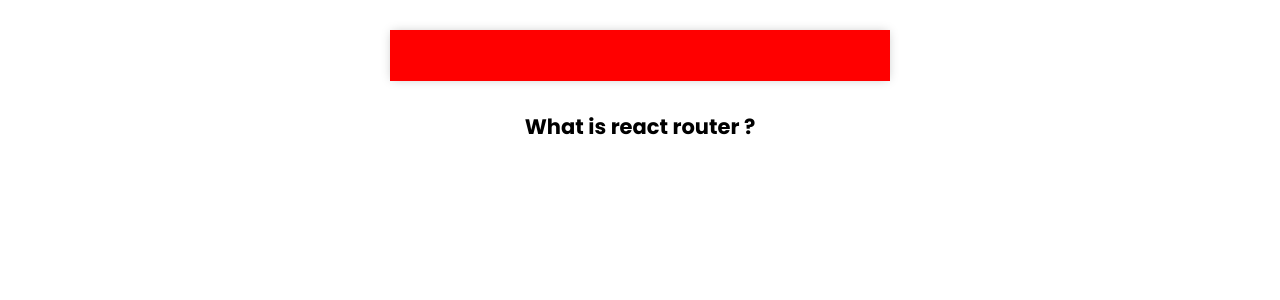
Repository: nguy3nds/2021-18-9-react
Page: /How
An editor plug-in stored every save of this project. The page is shown before and after the next save, followed by the edit.
The browser window is 1280 px wide. The pictures show the whole page.
The project was rebuilt for these pictures with package versions that can differ from the ones it lists, and the page was loaded fresh each time. Also part of the build but not shown: src/components/How.js, src/components/Why.js.

Above is the page before, as saved 2021-09-18 23:44:21.

### src/App.js
import React from "react";
import { BrowserRouter as Router, Switch, Route, Link } from "react-router-dom";
import "./App.css";
import What from "./components/What.js";
import How from "./components/How";
import Why from "./components/Why";

export default function App() {
  return (
    <Router>
      <div>
        <nav>
          <ul className="menu">
            <li class="menu-item has-child">
              <Link to="/">What?</Link>
            </li>
            <li className="menu-item has-child">
              <Link to="/about">Why?</Link>
            </li>
            <li className="menu-item has-child">
              <Link to="/users">How?</Link>
            </li>
          </ul>
        </nav>

        {/* A <Switch> looks through its children <Route>s and
            renders the first one that matches the current URL. */}
        <Switch>
          <Route path="/about">
            <How />
          </Route>
          <Route path="/users">
            <Why />
          </Route>
          <Route path="/">
            <What />
          </Route>
        </Switch>
      </div>
    </Router>
  );
}

### src/App.css
@import url("https://fonts.googleapis.com/css2?family=Poppins:wght@300;400;600;700&display=swap");
:root {
  --primary: #08aeea;
  --secondary: #13d2b8;
  --purple: #bd93f9;
  --pink: #ff6bcb;
  --blue: #8be9fd;
  --gray: #333;
  --font: "Poppins", sans-serif;
  --gradient: linear-gradient(40deg, #ff6ec4, #7873f5);
  --shadow: 0 0 15px 0 rgba(0, 0, 0, 0.05);
}
*,
*:before,
*:after {
  box-sizing: border-box;
}
html {
  font-size: 62.5%;
  text-align: center;
}

body {
  font-family: var(--font);
  font-size: 1.4rem;
  overflow-x: hidden;
  font-weight: 300;
}

img {
  display: block;
  max-width: 100%;
}

a {
  text-decoration: none;
}

input,
button,
textarea,
select {
  font-family: var(--font);
  font-size: 1.4rem;
  font-weight: 300;
  outline: none;
  border: 0;
  margin: 0;
  padding: 0;
  border-radius: 0;
  -webkit-appearance: none;
}

button {
  cursor: pointer;
}

.menu {
  position: relative;
  max-width: 500px;
  margin: 30px auto;
  display: grid;
  grid-template-columns: 1fr 1fr 1fr;
  justify-content: center;
  background-color: white;
  padding: 1.5rem;
  box-shadow: 0 0 10px -2px rgba(0, 0, 0, 0.25);
}
.menu:after {
  content: "";
  position: absolute;
  top: 0;
  right: 0;
  bottom: 0;
  left: 0;
  background-color: red;
}
.menu-link {
  font-size: 1.4rem;
  color: #918eae;
  display: block;
}
.menu-link:hover {
  color: #202842;
}
.menu-item {
  position: relative;
  margin: 0 5rem;
}

.menu-item::after {
  background-color: #333;
  height: 45px;
  width: 2px;
}

.menu-child-link {
  display: flex;
  align-items: center;
  justify-content: space-between;
  padding: 1.5rem;
  color: #918eae;
}
.menu-child-item {
  position: relative;
}
.menu-child-link:hover {
  color: #202842;
}

.menu-toggle {
  display: none;
}
.nav {
  position: relative;
}
.arrow-right {
  display: none;
}
@media screen and (min-width: 1024px) {
  .arrow-down {
    display: none;
  }
  .arrow-right {
    display: block;
  }
  .menu-item:not(:first-child) {
    margin-left: 2rem;
  }
  .menu-child {
    position: absolute;
    top: 100%;
    left: 0;
    margin-top: 1rem;
    min-width: 20rem;
    background-color: white;
    box-shadow: var(--shadow);
    display: none;
  }
  .menu-child:before {
    content: "";
    position: absolute;
    top: 0;
    left: 0;
    width: 100%;
    height: 1rem;
    background-color: transparent;
    transform: translateY(-100%);
  }
  .menu-child1 {
    top: 0;
    left: 100%;
    margin-top: 0;
  }
  .menu-item.has-child:hover > .menu-child {
    display: block;
  }
  .menu-child-item.has-child:hover > .menu-child {
    display: block;
  }
}

ul li {
  list-style: none;
}
@media screen and (max-width: 1023px) {
  .menu {
    position: absolute;
    right: 0;
    top: 100%;
    min-width: 20rem;
    background-color: white;
    box-shadow: var(--shadow);
    flex-direction: column;
    display: none;
    z-index: 100;
  }
  .menu.show,
  .menu-child.show {
    display: block;
  }
  .menu-item:not(:last-child) {
    border-bottom: 1px solid #eee;
  }
  .menu-link {
    padding: 1.5rem;
    display: flex;
    justify-content: space-between;
    align-items: center;
  }
  .menu-child {
    display: none;
    background-color: #f6f6f6;
  }
  .menu-child1 {
    background-color: #eee;
  }
  .menu-toggle {
    width: max-content;
    font-size: 2rem;
    display: block;
    margin-left: auto;
    cursor: pointer;
  }
}

### src/components/What.js
import React from "react";

export default function What() {
  return <h2>What is react router ?</h2>;
}

Loaded but not shown: public/index.html (common file); src/index.js (common file); src/index.css (common file); src/reportWebVitals.js (common file)

After the next save:
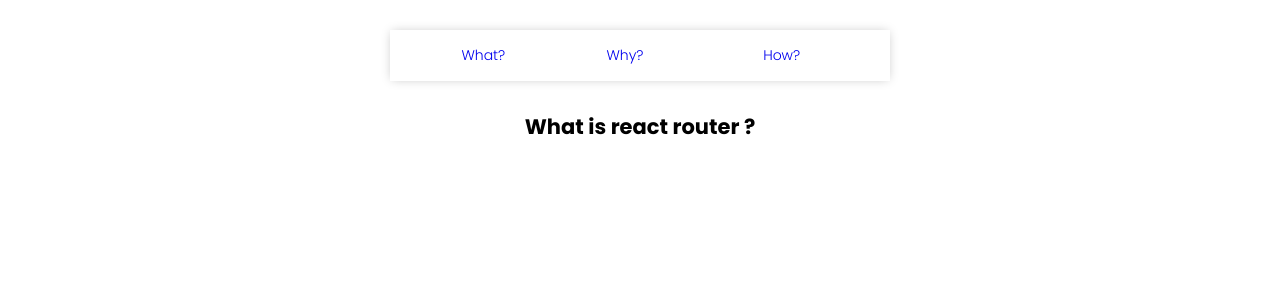
Saved 118 s later.
--- a/src/App.css
+++ b/src/App.css
@@ -73,7 +73,7 @@ button {
   right: 0;
   bottom: 0;
   left: 0;
-  background-color: red;
+  background-image: linear-gradient(to right, transparent 0%, transparent 25%);
 }
 .menu-link {
   font-size: 1.4rem;
